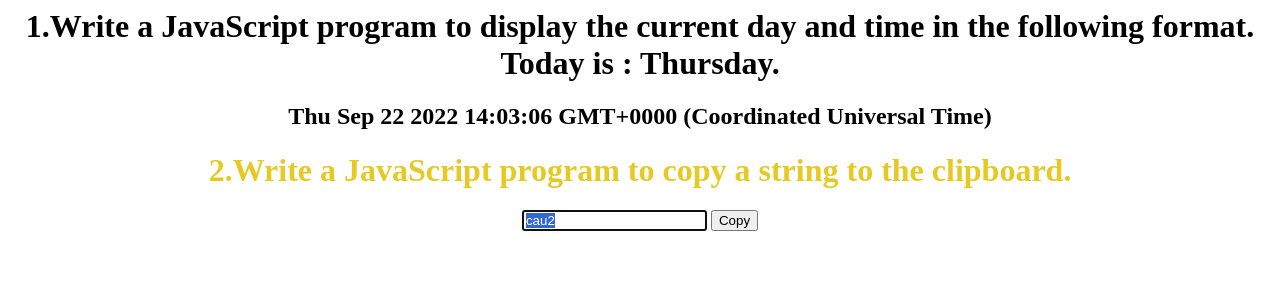
Repository: HoangDuy315/web-dev2022
Page: hw151022/ex1/ex1.html
These files come from the project's save history. The page is drawn as it stood at one moment and after the next save; the edit follows.
The browser window is 1280 px wide. The pictures show the whole page.
After loading, the first visible `button` was clicked once.

Above is the page before, as saved 2022-10-15 12:18:13.

### hw151022/ex1/ex1.html
<!--JavaScript to display current Date and Time.-->

<html>
  <head>
    <title>JavaScript to display current Date and Time.</title>
  </head>

  <script type="text/javascript">
    function getCurrentDate() {
      var curDate = new Date();

      document.getElementById("showDate").innerHTML = curDate.toString();
    }
  </script>

  <body onLoad="getCurrentDate()" style="text-align: center">
    <h1>
      1.Write a JavaScript program to display the current day and time in the
      following format. Today is : Thursday.
    </h1>

    <!--Here date and time will display-->

    <h2 id="showDate"></h2>
    <script src="./ex1.js"></script>
  </body>

  <!-- 2 -->
  <body style="text-align: center">
    <h1 style="color: rgb(231, 201, 35)">
      2.Write a JavaScript program to copy a string to the clipboard.
    </h1>
    <input type="text" value="cau2" id="GfGInput" />
    <button onclick="cau2()">Copy</button>
    <script src="./ex1.js"></script>
  </body>
</html>

### hw151022/ex1/ex1.js
// 2

function cau2() {
  var cp2 = document.getElementById("GfGInput");
  cp2.select();
  document.execCommand("copy");
  alert("Copied the text: " + cp2.value);
}

After the next save:
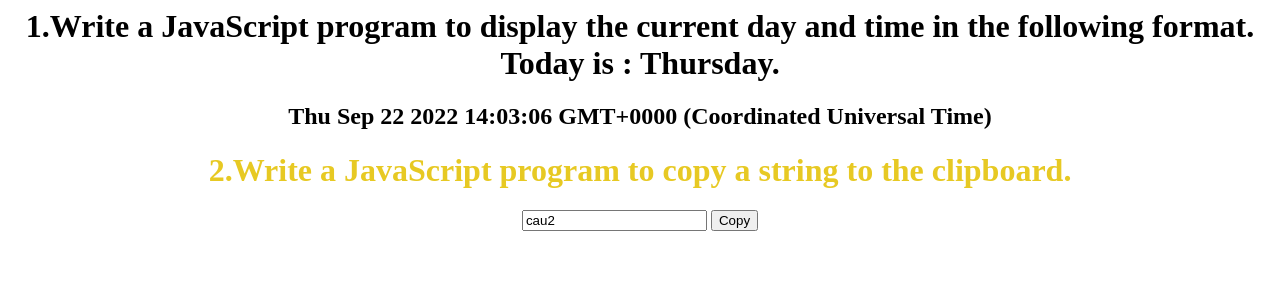
Console error: TypeError: Cannot read properties of null (reading 'select')
Saved 36 s later.
--- a/hw151022/ex1/ex1.js
+++ b/hw151022/ex1/ex1.js
@@ -1,7 +1,7 @@
 // 2
 
 function cau2() {
-  var cp2 = document.getElementById("GfGInput");
+  var cp2 = document.getElementById("testcau2");
   cp2.select();
   document.execCommand("copy");
   alert("Copied the text: " + cp2.value);
